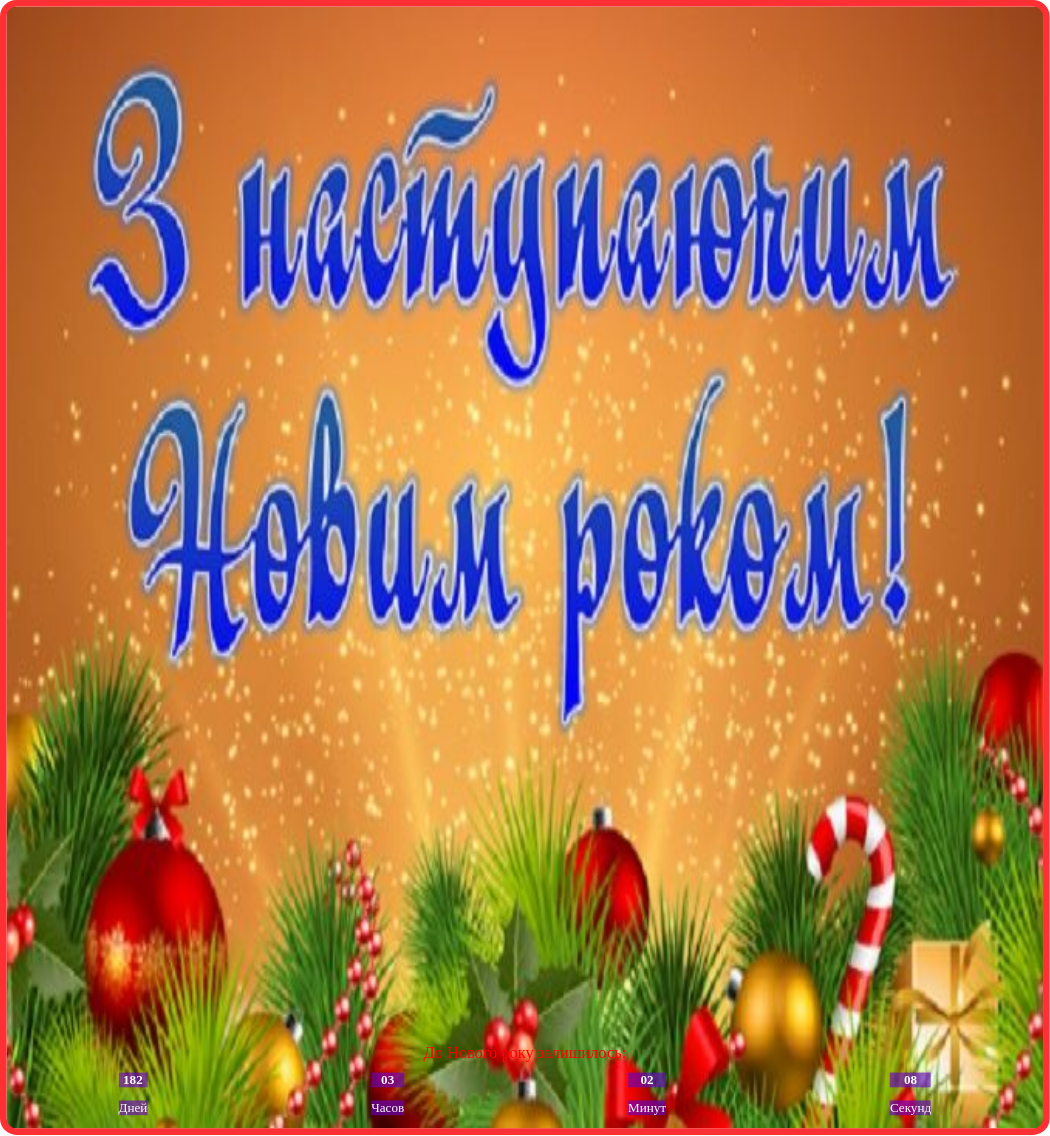
Repository: KonstantinKhamilov/JavaScript11-new-year
Page: index.html
The author's editor kept a copy of each file at every save. The page is drawn from the files as they stood at one save, then again after the next save.
The browser window is 1280 px wide. The pictures show the whole page, at 82% of full size.

Above is the page before, as saved 2024-12-29 19:28:42.

### index.html
<!DOCTYPE html>
<html lang="en">
    <head>
        <title>JavaScript11</title>

        <meta charset="utf-8">
        <meta http-equiv="X-UA-Compatible" content="IE=edge">
        <meta name="description" lang="ru" content="Стили css">
        <meta name="author" content="Константин">
        <meta name="keywords" content="Программирование, уроки JavaScript">
        <meta name="robots" content="all">
        <meta name="viewport" content="width=device-width, initial-scale=1.0">
        <link rel="stylesheet" href="newYear.css" type="text/css">
</head>

<body>
   <!--
     <h1><u>Задание 1</u></h1>
    <p>Необходимо реализовать функцию, описывающую окружность.В функции должны быть следующие компоненты:</p>
<ul type="disk">
    <li>поле, хранящее радиус окружности;</li>
    <li>get-свойство, возвращающее радиус окружности;</li>
    <li>set-свойство, устанавливающее радиус окружности;</li>
    <li>get-свойство, возвращающее диаметр окружности;</li>
    <li>метод, вычисляющий площадь окружности;</li>
    <li>метод, вычисляющий длину окружности.</li>
</ul>
       <p>Продемонстрируйте работу свойств и методов.</p>
       <p>Введите радиус окружности: </p>
       <input type="text" id="rad">
        <button onclick="showResults()">Показать результаты</button>
        <p id="output"></p>

          <h1><u>Задание 2</u></h1>
          <p>Реализуйте функцию, которая описывает css класс.функция CssClass должна содержать внутри себя:</p>
          <ul type="square">
<li>название css класса;</li>
<li>массив стилей;</li>
<li>метод для установки стиля;</li>
<li>метод для удаления стиля;</li>
<li>метод getCss(), который возвращает css код в виде строки.</li>
          </ul>

          <p>Введите название класса:</p>
    <input type="text" id="class" />
    <button onclick="showCSS()">Показать результат генерации</button>
    <p id="output1"></p>

    <p>Добавить стиль:</p>
    <input type="text" id="add-style" />
    <button onclick="addStyle()">Добавить</button>

    <p>Удалить стиль:</p>
    <input type="text" id="remove-style" />
    <button onclick="removeStyle()">Удалить</button>

  <h1><u>Задание 3</u></h1>
  <p>
    Рассчитайте, сколько дней, часов, минут и секунд осталось до Нового года. Выведите эти значения красиво,
    методом document.write() или другим с тегами -p- и
    -span- и классами для них. Стили можно записать в отдельном css-файле. Если одно из чисел будет меньше 10,
    то его нужно вывести с ведущим 0, например, так:
    Сделайте свой скрипт универсальным, задав дату следующего Нового года относительно текущей даты с помощью методов объекта Date.
  </p>
  <p>Пример вывода результата задания:</p>
<img src="D:\Full Stack\Модуль\JavaScript\JavaScript11\Безымянный1.png" alt="time">
-->
<div class="box">
  <ol class="maintext">
    <li class="text">До Нового року залишилось:</li>
   <li class="count">

<ol class="time">
  <li class="timer"><h2 id="day">00</h2><p>Дней</p></li>
  <li class="timer"><h2 id="hrs">00</h2><p>Часов</p></li>
  <li class="timer"><h2 id="min">00</h2><p>Минут</p></li>
  <li class="timer"><h2 id="sec">00</h2><p>Секунд</p></li>
</ol>
  </li>
  </ol>
</div>

    <script>
/*
        //1
function Circle(radius) {
  // Сохранение значения радиуса в свойстве объекта
  this.radius = radius;
  // Определение get-свойства для получения значения радиуса
  Object.defineProperty(this, 'radius', {
    get: function() {
      // Возвращение значения радиуса
      return radius;
    },
    // Определение set-свойства для установки значения радиуса
    set: function(value) {
      // Проверка на корректность значения радиуса
      if (value <= 0) throw new Error('Invalid radius');
      // Установка нового значения радиуса
      radius = value;
    }
  });

  // Определение get-свойства для получения значения диаметра окружности
  Object.defineProperty(this, 'diameter', {
    get: function() {
      // Возвращение значения диаметра, равного удвоенному радиусу
      return 2 * radius;
    }
  });

  // Определение метода для вычисления площади окружности
  this.area = function() {
    // Возвращение площади окружности, вычисленной как произведение числа Пи на квадрат радиуса
    return Math.PI * Math.pow(radius, 2);
  }

  // Определение метода для вычисления длины окружности
  this.circumference = function() {
    // Возвращение длины окружности, вычисленной как произведение числа Пи на удвоенный радиус
    return 2 * Math.PI * radius;
  }
}

function showResults() {
    let input = document.getElementById("rad").value;
    let circle = new Circle(input);
    let output = 'Радиус: ' + circle.radius + '<br>';
    output += 'Диаметр: ' + circle.diameter + '<br>';
    output += 'Площадь: ' + circle.area() + '<br>';
    output += 'Длинна окружности: ' + circle.circumference();
    document.getElementById("output").innerHTML = output;
  }

  //2

      // Определение функции CssClass, которая принимает название CSS класса в качестве аргумента
      function CssClass(className) {
        // Сохранение значения названия CSS класса в свойстве объекта
        this.className = className;
        // Создание пустого массива для хранения стилей CSS класса
        this.styles = [];

        // Определение метода setStyle для добавления нового стиля в массив стилей
        this.setStyle = function(style) {
          // Добавление нового стиля в конец массива стилей
          this.styles.push(style);
        }

        // Определение метода removeStyle для удаления существующего стиля из массива стилей
        this.removeStyle = function(style) {
          // Поиск индекса указанного стиля в массиве стилей
          let index = this.styles.indexOf(style);
          // Если стиль найден в массиве
          if (index !== -1) {
            // Удаление стиля из массива по найденному индексу
            this.styles.splice(index, 1);
          }
        }

        // Определение метода getCss для генерации CSS кода класса в виде строки
        this.getCss = function() {
          // Создание строки с селектором CSS класса и открывающей скобкой
          let cssString = '.' + this.className + ' {\n';
          // Цикл по всем стилям в массиве стилей
          for (let i = 0; i < this.styles.length; i++) {
            // Добавление очередного стиля в строку с отступом и точкой с запятой
            cssString += '  ' + this.styles[i] + ';\n';
          }
          // Добавление закрывающей скобки в конец строки
          cssString += '}';
          // Возвращение сгенерированной строки с CSS кодом класса
          return cssString;
        }
      }
      let myClass;

      function showCSS() {
        // Получение значения из элемента input с id 'class'
        let className = document.getElementById('class').value;
        // Создание нового объекта CssClass с названием класса из элемента input
        myClass = new CssClass(className);
        // Добавление стиля 'color: red' в массив стилей класса
        myClass.setStyle('color: red');
        // Добавление стиля 'font-size: 16px' в массив стилей класса
        myClass.setStyle('font-size: 16px');
        // Вывод сгенерированного CSS кода класса в элемент p с id 'output'
        document.getElementById('output1').innerHTML = myClass.getCss();
      }

      function addStyle() {
        if (!myClass) {
          alert('Сначала нажмите кнопку "Показать результат генерации"');
          return;
        }
        // Получение значения из элемента input с id 'add-style'
        let style = document.getElementById('add-style').value;
        // Добавление стиля в массив стилей класса
        myClass.setStyle(style);
        // Вывод обновленного CSS кода класса в элемент p с id 'output'
        document.getElementById('output1').innerHTML = myClass.getCss();
      }

      function removeStyle() {
        if (!myClass) {
          alert('Сначала нажмите кнопку "Показать результат генерации"');
          return;
        }
        // Получение значения из элемента input с id 'remove-style'
        let style = document.getElementById('remove-style').value;
        // Удаление стиля из массива стилей класса
        myClass.removeStyle(style);
        // Вывод обновленного CSS кода класса в элемент p с id 'output'
        document.getElementById('output1').innerHTML = myClass.getCss();
      }
      */

//3
const day = document.getElementById('day');
const hrs = document.getElementById('hrs');
const min = document.getElementById('min');
const sec = document.getElementById('sec');
const currentYear = new Date().getFullYear();

const newYear = new Date (`1 Jan ${currentYear + 1} 00:00:00`);

function countdownDate(){
const today = Date.now()
const gap = newYear - today;
let d = Math.floor(gap/1000/60/60/24);
let h = Math.floor((gap/1000/60/60)%24);
let m = Math.floor((gap/1000/60)%60);
let s = Math.floor((gap/1000)%60);

day.innerHTML = d<10 ? '0' + d : d;
hrs.innerHTML = h<10 ? '0' + h : h;
min.innerHTML = m<10 ? '0' + m : m;
sec.innerHTML = s<10 ? '0' + s : s;
}
setInterval(countdownDate,1000);
    </script>
</body>
</html>

### newYear.css
body {
  margin: 0;
  padding: 0;
}

@media screen and (min-width: 320px) {
  .box {
    display: block;
    text-align: end;
    background-image: url("z_nastupauschim_ng_4.jpg");
    background-repeat: no-repeat;
    background-size: 100% 100%;
    border: solid 8px;
    border-radius: 20px;
    border-color: rgb(255, 48, 52);
    position: relative;
  }

  ol {
    list-style-type: none;
    margin: auto;
    padding: 0px;
  }

  .maintext {
    display: flex;
    flex-direction: column;
    justify-content: space-between;
    padding: 100% 0px 0px 0px;
  }

  .text {
    color: rgb(255, 0, 0);
    font-family: cursive;
    font-size: 1.25em;
    text-align: center;
  }

  .time {
    display: flex;
    flex-direction: row;
    justify-content: space-around;
    width: 100%;
  }

  h2 {
    color: white;
    font-size: 1em;
  }

  .timer > p,
  .timer > #day,
  .timer > #hrs,
  .timer > #min,
  .timer > #sec {
    color: white;
    background-color: rgb(102, 2, 196, 0.62);
    font-size: 1em;
    text-align: center;
  }
}

After the next save:
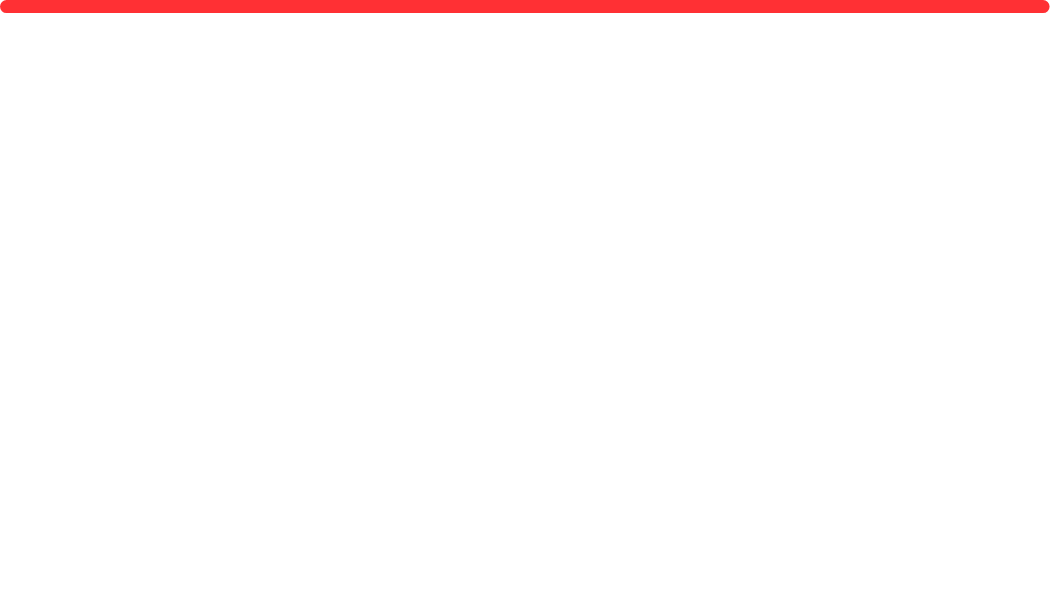
Saved 16 s later.
--- a/newYear.css
+++ b/newYear.css
@@ -26,7 +26,9 @@ body {
     display: flex;
     flex-direction: column;
     justify-content: space-between;
-    padding: 100% 0px 0px 0px;
+    position: absolute; /* Устанавливаем абсолютное позиционирование для дочернего элемента */
+    bottom: 0; /* Прикрепляем к нижней части родителя */
+    width: 100%;
   }
 
   .text {
